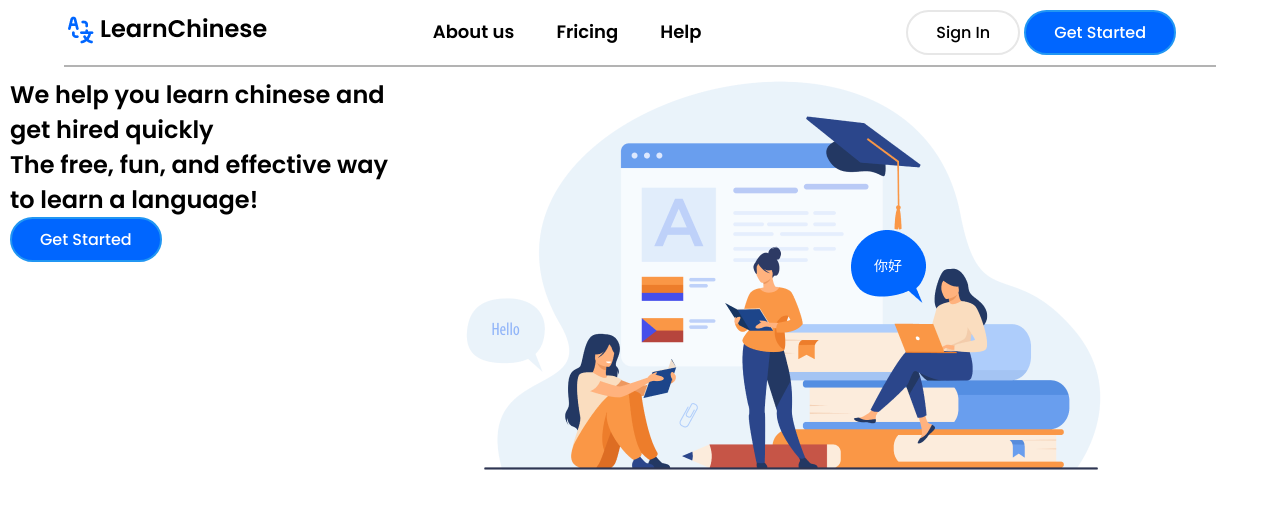
Repository: BinhIT/ChineseLearn
Page: index.html
An editor plug-in stored every save of this project. The page is shown before and after the next save, followed by the edit.
The browser window is 1280 px wide. The pictures show the whole page.

Above is the page before, as saved 2023-03-01 10:03:55.

After the next save:
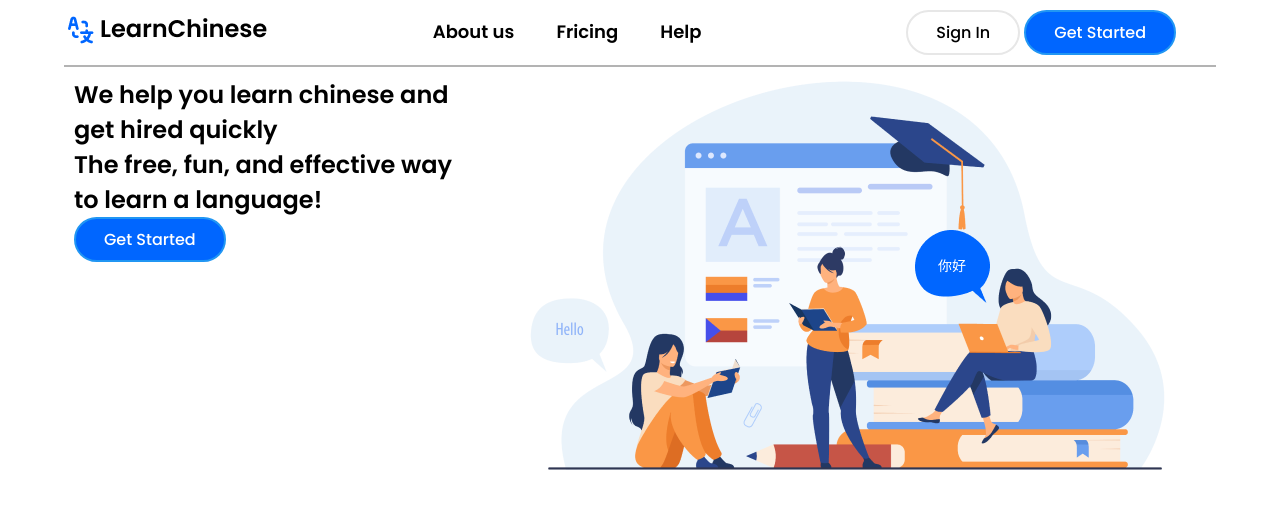
Saved 14 s later.
--- a/css/section.css
+++ b/css/section.css
@@ -2,6 +2,8 @@
 .row {
     display: flex;
     width: 90%;
+    margin: auto;
+    padding: auto;
 }
 
 /* Create two equal columns that sits next to each other */
